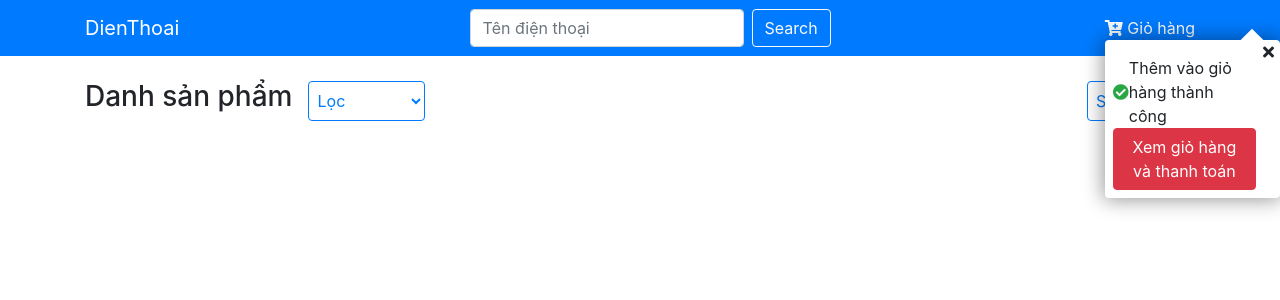
Repository: dovanthao2404/BC14_Bai_Tap_Ban_Dien_Thoai_dovanthao
Page: app/views/index.html
An editor plug-in stored every save of this project. The page is shown before and after the next save, followed by the edit.
The browser window is 1280 px wide. The pictures show the whole page.
Some web libraries are served in a nearby version. The style sheet was rebuilt from its Sass, Less or Tailwind sources for each picture, by a compiler version that may differ from the author's.

Above is the page before, as saved 2021-08-14 16:42:36.
Console error (its wording comes from the project's code and is left out).

After the next save:
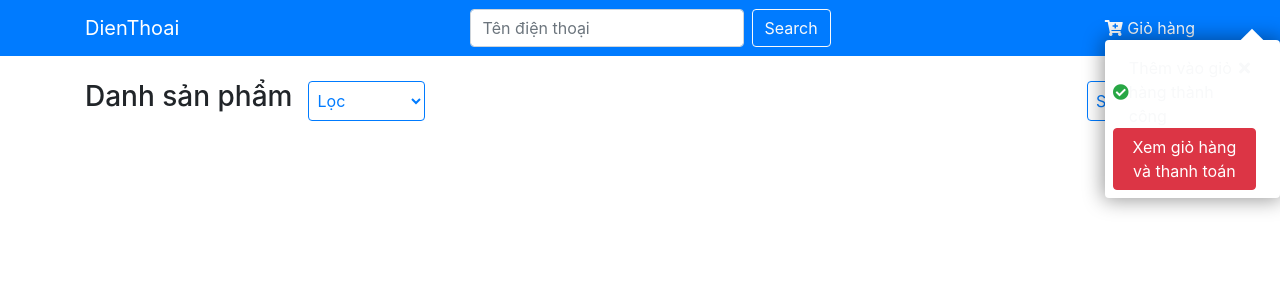
Saved 7 s later.
--- a/app/views/index.html
+++ b/app/views/index.html
@@ -47,16 +47,19 @@
         <div class="phone-cart">
           <a href="cart.html" class="text-light position-relative">
             <i class="fa fa-cart-plus"></i> Giỏ hàng
+            <div>
+
+              <div class="notifiSuccess pb-2 pt-3 pl-2 pr-4 bg-white rounded">
+                <i class="fa fa-times icon-close"></i>
+                <div class="d-flex align-items-center">
+                  <i class="fa fa-check-circle text-success"></i>
+                  <p class="m-0">Thêm vào giỏ hàng thành công</p>
+                </div>
+                <a href="cart.html" class="btn btn-danger w-100 d-block">Xem giỏ hàng và thanh toán</a>
+              </div>
+            </div>
           </a>
 
-          <div class="notifiSuccess pb-2 pt-3 pl-2 pr-4 bg-white rounded">
-            <i class="fa fa-times icon-close"></i>
-            <div class="d-flex align-items-center">
-              <i class="fa fa-check-circle text-success"></i>
-              <p class="m-0">Thêm vào giỏ hàng thành công</p>
-            </div>
-            <a href="cart.html" class="btn btn-danger w-100 d-block">Xem giỏ hàng và thanh toán</a>
-          </div>
         </div>
       </div>
     </nav>
